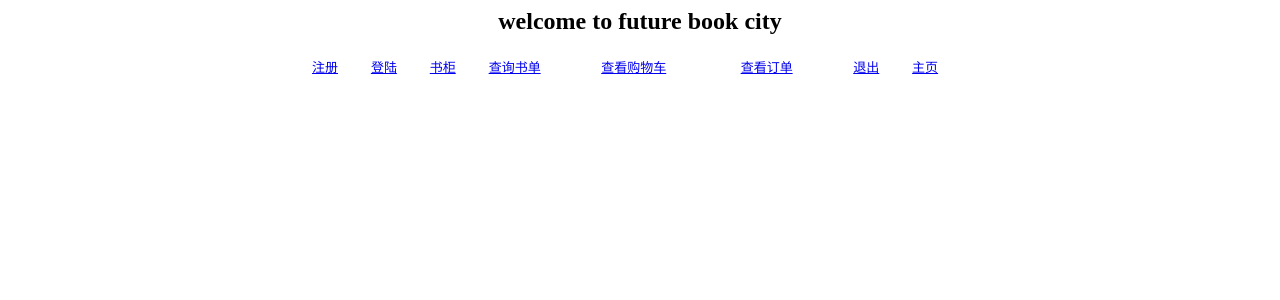
Repository: littleNiq/jsp
Page: http://localhost/mobileShop/searMobile.jsp
An editor plug-in stored every save of this project. The page is shown before and after the next save, followed by the edit.
The browser window is 1280 px wide. The pictures show the whole page.
The page is served by Tomcat 9. Nobody is signed in. The application's start-up code is not run. Other server files are loaded and not shown.

Above is the page before, as saved 2016-09-02 12:21:12.

### jsp/myworkspace/mobileShop/WebRoot/searMobile.jsp
<%@ page contentType="text/html;charset=utf-8"%>
<html>
  <head>
    <%@ include file="head.txt"%>
  </head>
  <body>

  </body>
</html>

### jsp/myworkspace/mobileShop/WebRoot/head.txt
<%@ page contentType="text/html;charset=utf-8"%>
<div align="center">
  <h2>welcome to future book city</h2>
  <table cellSpacing="1" cellPadding="1" width="660" align="center" border="0">
    <tr valign="buttom">
     <td><a href="inputRegisterMess.jsp"><font size="2" >注册</font></a></td>
     <td><a href="login.jsp"><font size="2" >登陆</font></a></td>
     <td><a href="lookMobile.jsp"><font size="2" >书柜</font></a></td>
     <td><a href="searchMobile.jsp"><font size="2" >查询书单</font></a></td>
     <td><a href="lookShoppingCar.jsp"><font size="2" >查看购物车</font></a></td>
     <td><a href="lookOrderForm.jsp"><font size="2" >查看订单</font></a></td>
     <td><a href="exitServlet"><font size="2" >退出</font></a></td>
     <td><a href="index.jsp"><font size="2" >主页</font></a></td>
    </tr>
  </table>
</div>

After the next save:
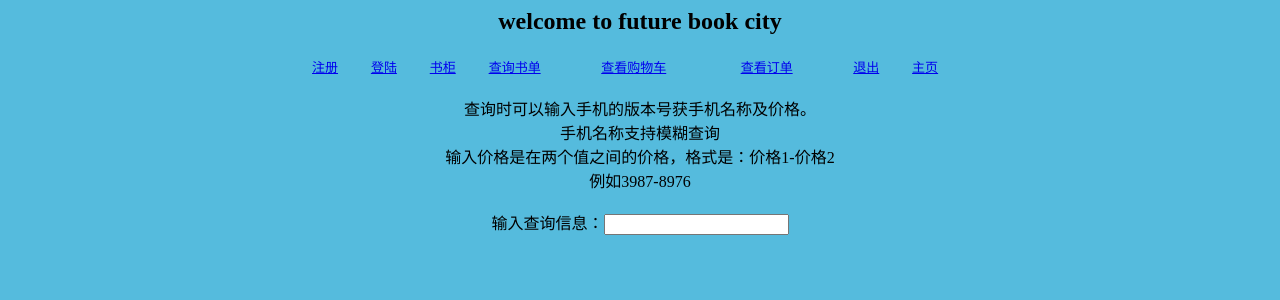
Saved 6 min 32 s later.
--- a/jsp/myworkspace/mobileShop/WebRoot/searMobile.jsp
+++ b/jsp/myworkspace/mobileShop/WebRoot/searMobile.jsp
@@ -3,7 +3,15 @@
   <head>
     <%@ include file="head.txt"%>
   </head>
-  <body>
-
+  <body bgcolor="#55BBDD">
+    <div align="center">
+      <br>查询时可以输入手机的版本号获手机名称及价格。
+      <br>手机名称支持模糊查询
+      <br>输入价格是在两个值之间的价格，格式是：价格1-价格2
+      <br>例如3987-8976
+      <form action="searchByConditionServlet" method="post">
+        <br>输入查询信息：<input type="text" name="searchMess"/><br>
+      </form>
+    </div>
   </body>
 </html>
